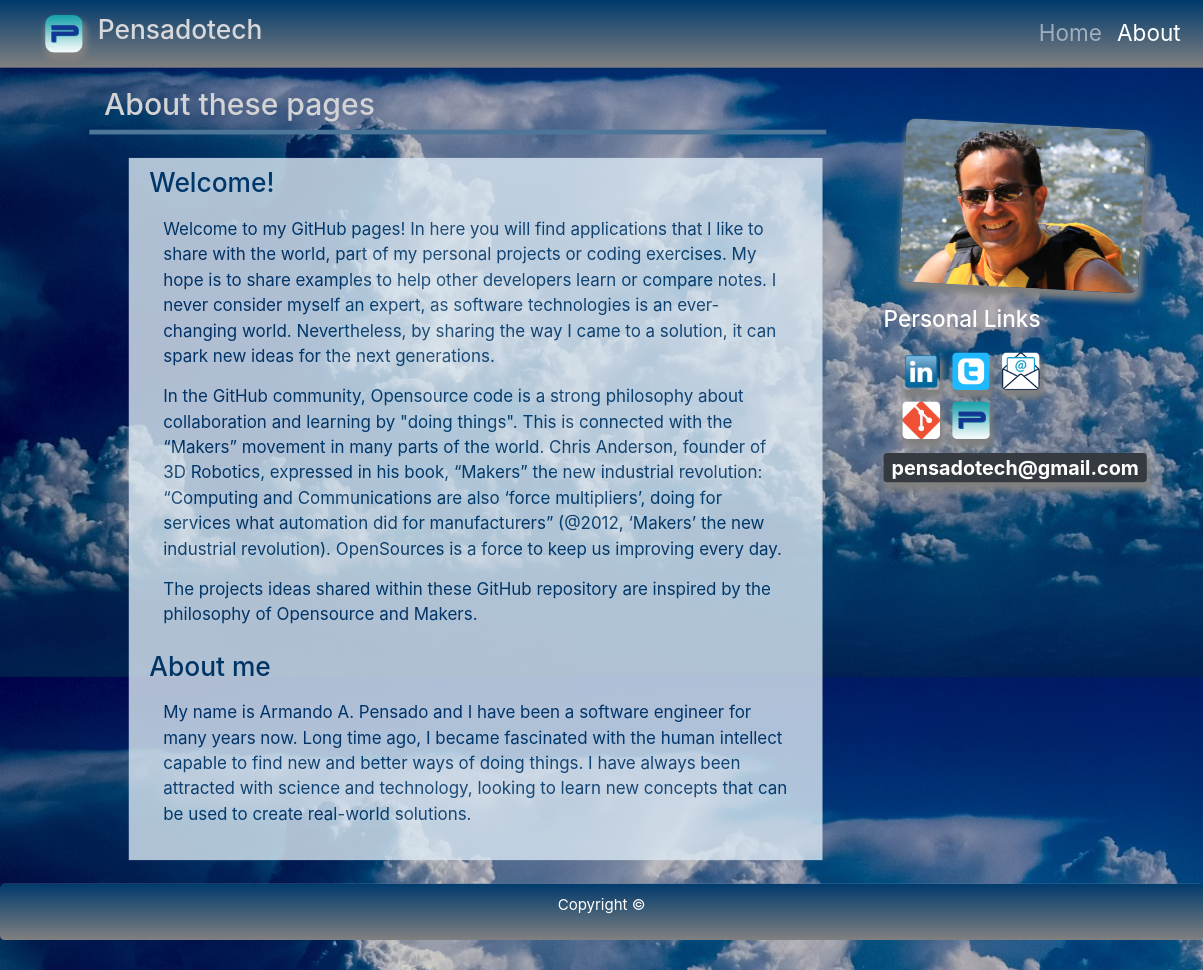
Repository: pensadotech/pensadotech.github.io
Page: about.html
An editor plug-in stored every save of this project. The page is shown before and after the next save, followed by the edit.
The browser window is 1280 px wide. The pictures show the whole page, at 94% of full size.
Backgrounds fixed to the window are drawn as part of the page.

Above is the page before, as saved 2022-10-08 12:05:38.

After the next save:
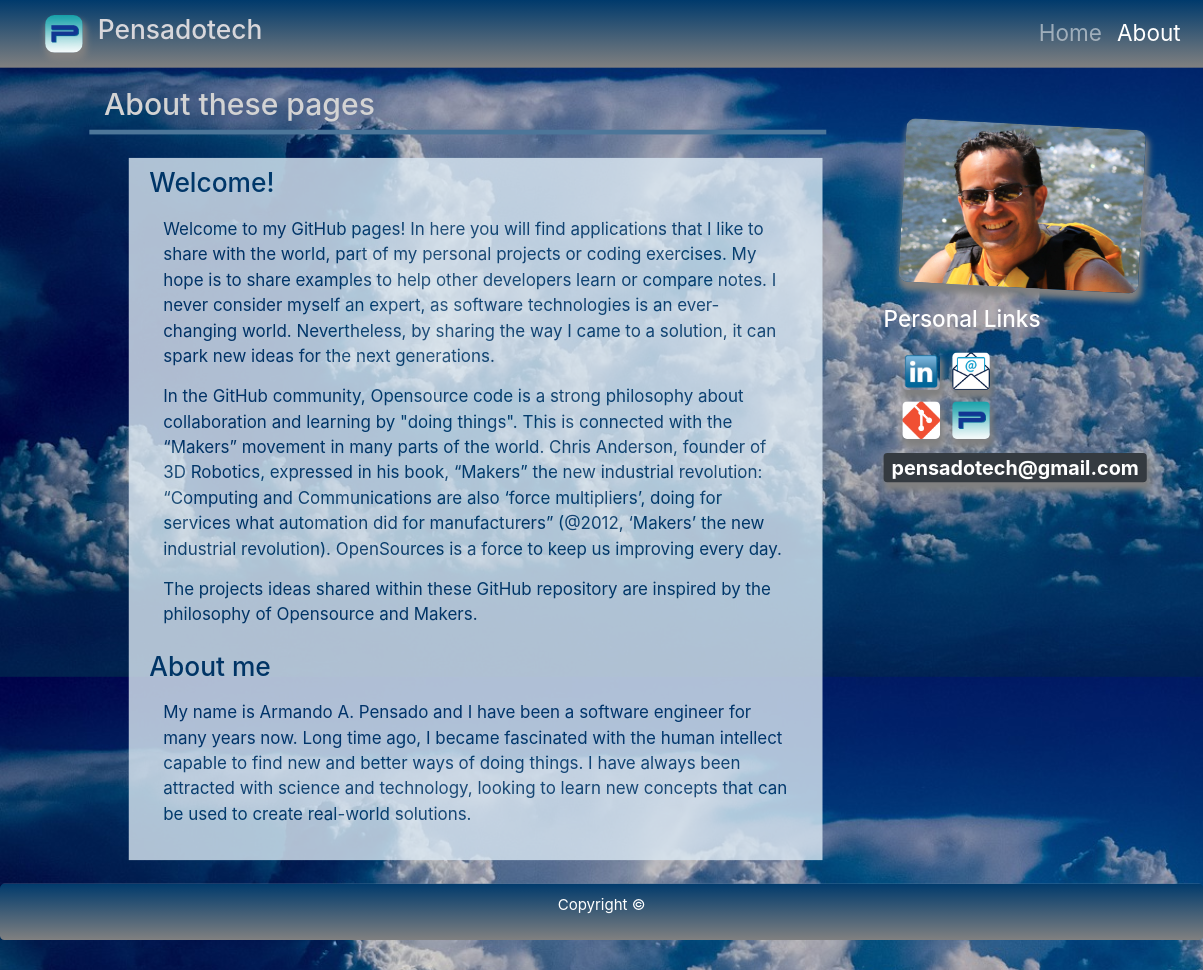
Saved 21 days later.
--- a/about.html
+++ b/about.html
@@ -129,11 +129,7 @@
                   <img class="perLinkImg imgRnd5 imageShadow" src="./assets/images/linkedin.png" alt="linkeIn">
                 </a>
               </div>
-              <div class="p-2 perLinkImgHolder">
-                <a class="nav-link active" href="https://twitter.com/pensadotech" target="_blank" title="go to Twitter">
-                  <img class="perLinkImg imgRnd5 imageShadow" src="./assets/images/Twitter.png" alt="Twitter">
-                </a>
-              </div>
+
               <div class="p-2 perLinkImgHolder">
                 <a class="nav-link active" href="mailto:pensadotech@gmail.com?Subject=Hello%20I%20have%20a%20request" target="_top"
                   title="send email">
